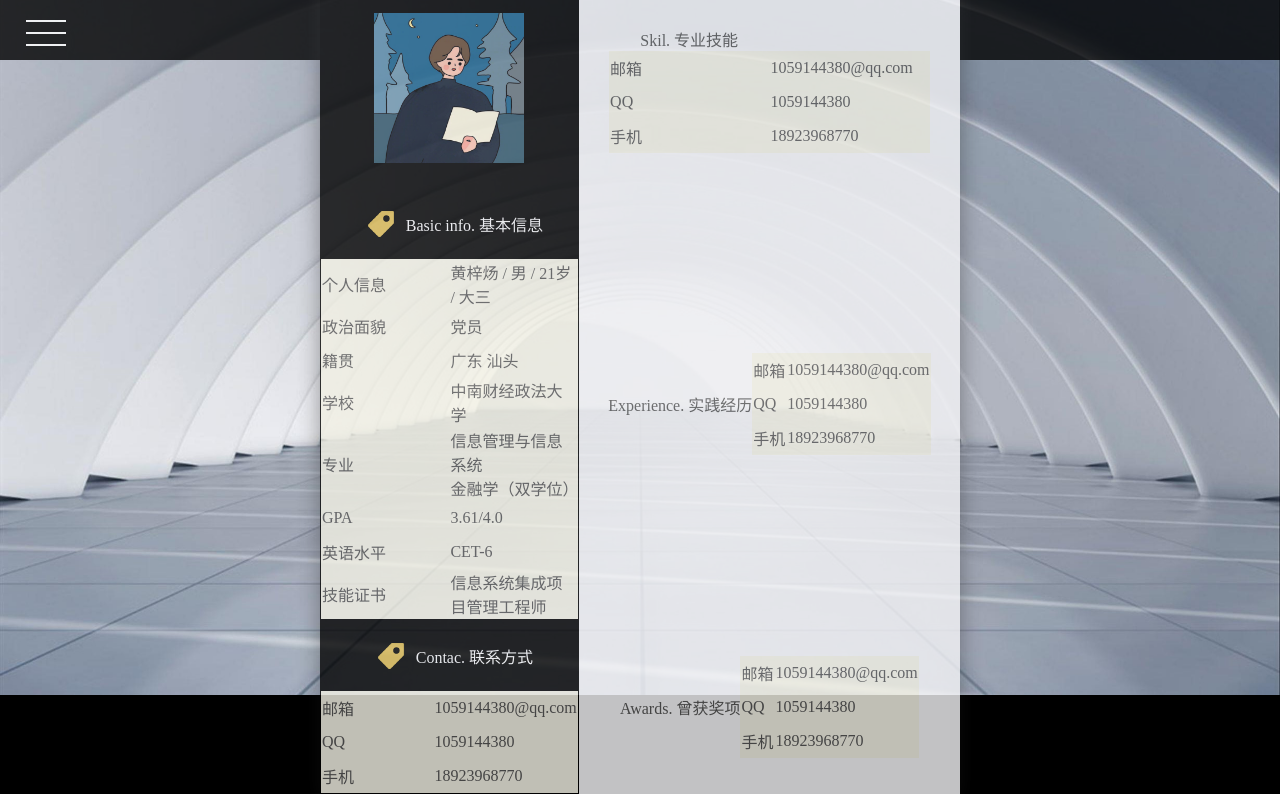
Repository: ustc-hzy/ziYang
Page: resume.html
The author's editor kept a copy of each file at every save. The page is drawn from the files as they stood at one save, then again after the next save.
The browser window is 1280 px wide. The pictures show the whole page.

Above is the page before, as saved 2020-06-18 17:07:33.

### resume.html
<!DOCTYPE html>
<html lang="en">
<head>
    <meta charset="UTF-8">
    <meta name="viewport" content="width=device-width, initial-scale=1.0">
    <link rel="stylesheet" href="css/style.css" type="text/css">
    <link rel="stylesheet" href="css/resume.css" type="text/css">
    <title>个人简历</title>
</head>
<body>
    <header>
        <!-- 主体内容 -->
        <div class="inner">
            <!-- 用于控制菜单栏开关 -->
            <input type="checkbox" id="ham">
            <!-- 菜单栏icon -->
            <label for="ham">
                <div class="hamburger-container">
                    <span></span>
                    <span></span>
                    <span></span>
                </div>
            </label>
            <!-- 菜单栏各项 -->
            <nav>
                <ul>
                    <li><a href="index.html">网站首页</a></li>
                    <li><a href="resume.html">个人简历</a></li>
                    <li><a href="album.html">旅行相册</a></li>
                    <li><a href="asset.html">PS作品集</a></li>
                    <li><a href="episode.html">剧集收藏</a></li>
                </ul>
            </nav>
            <!-- 打开菜单栏的遮罩 -->
            <div class="mask"></div>
        </div>

        <div class="content-container">
            <table>
                <caption class="table-title">个人简历</caption>
                <tr>
                    <td class="left-column" align="center">
                        <img src="img/user.png" width="150px">
                    </td>
                    <td class="right-column" align="center">
                        <table>
                            <caption class="small-table-title"><div>Skil. 专业技能</div></caption>
                            <tr>
                                <td>邮箱</td>
                                <td>1059144380@qq.com</td>
                            </tr>
                            <tr>
                                <td>QQ</td>
                                <td>1059144380</td>
                            </tr>
                            <tr>
                                <td>手机</td>
                                <td>18923968770</td>
                            </tr>
                        </table>
                    </td>
                </tr>
                <tr>
                    <td class="left-column" align="center">
                        <table>
                            <div class="small-table-title"><img src="img/label.png" width="30px"> <span>Basic info. 基本信息</span></div>
                            <tr>
                                <td>个人信息</td>
                                <td>黄梓炀 / 男 / 21岁 / 大三</td>
                            </tr>
                            <tr>
                                <td>政治面貌</td>
                                <td>党员</td>
                            </tr>
                            <tr>
                                <td>籍贯</td>
                                <td>广东 汕头</td>
                            </tr>
                            <tr>
                                <td>学校</td>
                                <td>中南财经政法大学</td>
                            </tr>
                            <tr>
                                <td>专业</td>
                                <td>
                                    <div>信息管理与信息系统</div>
                                    <div>金融学（双学位）</div>
                                </td>
                            </tr>
                            <tr>
                                <td>GPA</td>
                                <td>3.61/4.0</td>
                            </tr>
                            <tr>
                                <td>英语水平</td>
                                <td>CET-6</td>
                            </tr>
                            <tr>
                                <td>技能证书</td>
                                <td>信息系统集成项目管理工程师</td>
                            </tr>
                        </table>
                    </td>
                    <td class="right-column" align="center">
                        <table class="small-table-title">
                            <caption><div>Experience. 实践经历</div></caption>
                            <tr>
                                <td>邮箱</td>
                                <td>1059144380@qq.com</td>
                            </tr>
                            <tr>
                                <td>QQ</td>
                                <td>1059144380</td>
                            </tr>
                            <tr>
                                <td>手机</td>
                                <td>18923968770</td>
                            </tr>
                        </table>
                    </td>
                </tr>
                <tr>
                    <td class="left-column" align="center">
                        <table>
                            <div class="small-table-title"><img src="img/label.png" width="30px"> <span>Contac. 联系方式</span></div>
                            <tr>
                                <td>邮箱</td>
                                <td>1059144380@qq.com</td>
                            </tr>
                            <tr>
                                <td>QQ</td>
                                <td>1059144380</td>
                            </tr>
                            <tr>
                                <td>手机</td>
                                <td>18923968770</td>
                            </tr>
                        </table>
                    </td>
                    <td class="right-column" align="center">
                        <table class="small-table-title">
                            <caption><div>Awards. 曾获奖项</div></caption>
                            <tr>
                                <td>邮箱</td>
                                <td>1059144380@qq.com</td>
                            </tr>
                            <tr>
                                <td>QQ</td>
                                <td>1059144380</td>
                            </tr>
                            <tr>
                                <td>手机</td>
                                <td>18923968770</td>
                            </tr>
                        </table>
                    </td>
                </tr>
            </table>
        </div>
    </header>
</body>
</html>

### css/style.css
body {
    height: 100%;
    width: 100%;
    margin: 0 auto;
    padding: 0 0 ;
    background-color: #000000;
    background-image: url(../img/user_bg.jpg);
    background-repeat: no-repeat;
    background-size: cover;
    overflow: auto;
}
header{
    height: 60px;
    background-color: #000000;
    opacity: 0.8;
}
.inner{
    width: 96%;
    margin: auto;
}
#ham{
    display: none;
}
/* 当chexkbox选中时，改变第一条线 */
#ham:checked + label .hamburger-container span:nth-child(1){
    transform: rotate(45deg);
    top: 11px;
    transition: transform .3s ease-in-out, top .3s ease-in-out 3s;
}
/* 当chexkbox选中时，第二条线消失 */
#ham:checked + label .hamburger-container span:nth-child(2){
    opacity: 0;
}
/* 当chexkbox选中时，改变第三条线 */
#ham:checked + label .hamburger-container span:nth-child(3){
    transform: rotate(-45deg);
    top: -11px;
    transition: transform .3s ease-in-out, top .3s ease-in-out 3s;
}
.hamburger-container span:nth-child(2){
    margin-top: 10px;
    transition: opacity .1s ease-in-out .1s;
}
.hamburger-container span:nth-child(3){
    margin-top: 10px;
}
.hamburger-container{
    display: block;
    width: 40px;
    height: 40px;
    position: relative;
    top: 20px;
    z-index: 100;
}
.hamburger-container span{
    display: block;
    height: 2px;
    background-color: #fff;
    position: relative;
    transition: transform .3s ease-in-out, top .3s ease-in-out .3s;
}
nav{
    position: absolute;
    z-index: 100;
    color: #fff;
    top: 50px;
    transform: scaleY(0); /* 垂直方向缩小到0，即关闭 */
    transition: all .3s ease-in-out;
    transform-origin: 50% 0; /* 将中心点移到顶部 */
    opacity: 0; /* 渐入渐出效果 */
}
/* 当chexkbox选中时，展示nav */
#ham:checked ~ nav{
    transform: scaleY(1); /* 垂直方向扩大到1，即打开 */
    opacity: 1;
    transition: all .3s ease-in-out;
}
.mask {
    width: 100vw;
    height: 100vh;
    position: fixed;
    top: 0;
    left: 0;
    background: #000000;
    opacity: 0;
    z-index: 10; /* 防止遮住要显示的部分 */
    transform: scaleY(0);
    transform-origin: 50% 0;
    transition: all .3s ease-in-out;
}
#ham:checked ~ .mask{
    opacity: 1;
    transform: scaleY(1);
    transition: all .3s ease-in-out;
}
ul{
    position: relative;
    right: 40px;
    margin-top: 2em;
    list-style-type:none;
    font-size: 35px;
}
ul li{
    margin-top: 1em;
}
ul li:hover{
    transform: scale(1.2, 1.2); /* transform从元素中心开始变化，不会影响到其他元素 */
    /* background-color:  rgba(255,255,255,0.1);
    padding: 10px 20px; */
}
.name-container{
    position: absolute;
    top: 50%;
    left: 50%;
    transform: translate(-50%,-50%);
    z-index: 1;
    background-color: rgba(0,0,0,0.3); /* 此处使用opacity会让文字也变透明 */
    box-shadow: 0 5px 20px rgba(26,26,26,0.5);
}
.mid-name{
    color: #fff;
    font-size: 50px;
    border: 8px solid #fff;
    padding: 40px;
    text-align: center;
}
.mid-name .id{
    margin-top: 10px;
    font-size: 40px;
}
a{
    text-decoration: none;
    color: #ffffff;
}

### css/resume.css
.content-container{
    position: absolute;
    top: 50%;
    left: 50%;
    transform: translate(-50%,-50%);
    z-index: 1;
    box-shadow: 0 5px 20px rgba(26,26,26,0.5);
}
table{
    border-spacing: 0;
}
table tr td {
    width: 45%;
    height: 32px;
    background-color: #f1efe3;
    font-size: 14;
    color: #555555;
    border-width: 0px 1px 1px 0px;
    padding: px 10px;
}
.small-table-title{
    display: flex;
    flex-wrap: nowrap;
    align-items: center;
    justify-content: center;
}
.table-title{
    color: #ffffff;
    font-size: 32px;
    font-weight: bold;
    padding: 10px 0 ;
    background-color: #dbba53;
}
.left-column{
    width: 400px;
    background-color: #000000;
    color: #f3f3f5;
}
.right-column{
    width: 600px;
    background-color: #f3f3f5;
}
img{
    margin: 20px 10px;
}

After the next save:
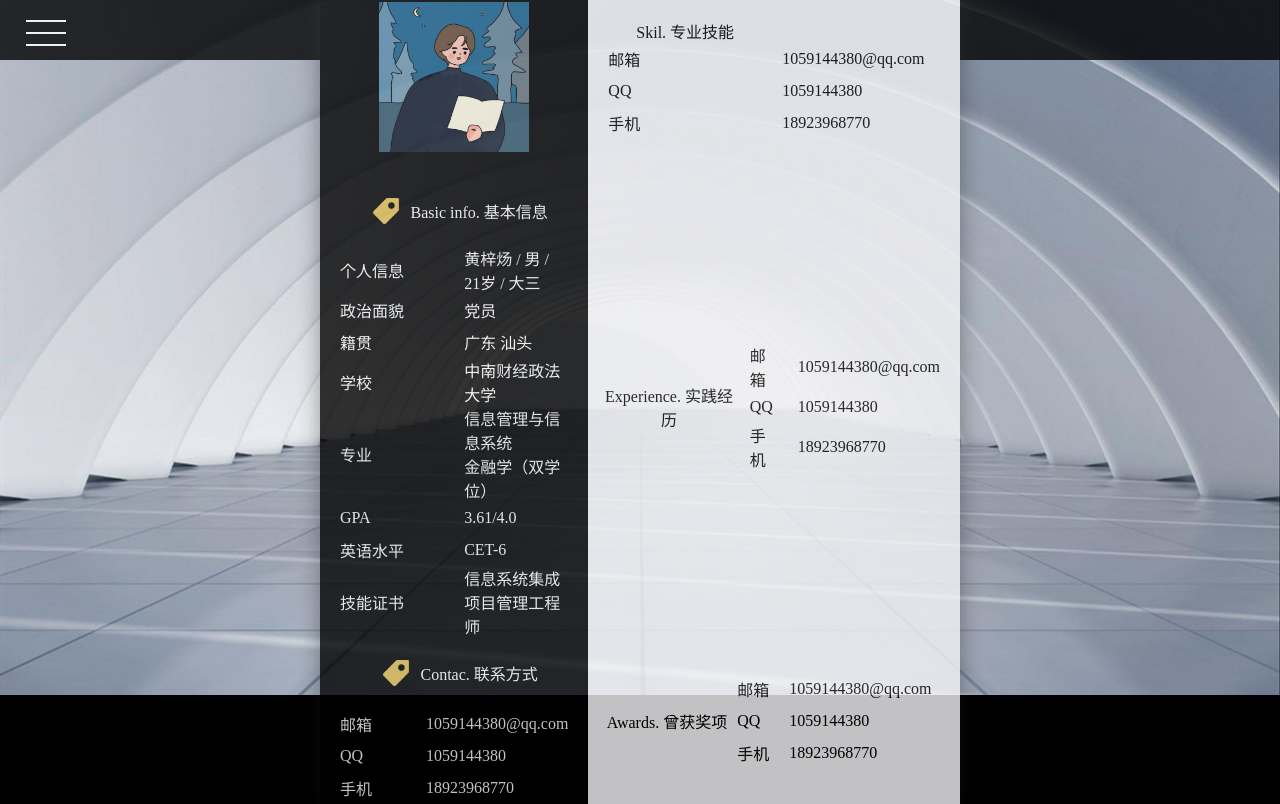
Saved 17 s later.
--- a/css/resume.css
+++ b/css/resume.css
@@ -12,11 +12,8 @@ table{
 table tr td {
     width: 45%;
     height: 32px;
-    background-color: #f1efe3;
-    font-size: 14;
-    color: #555555;
     border-width: 0px 1px 1px 0px;
-    padding: px 10px;
+    padding: 0px 10px;
 }
 .small-table-title{
     display: flex;
